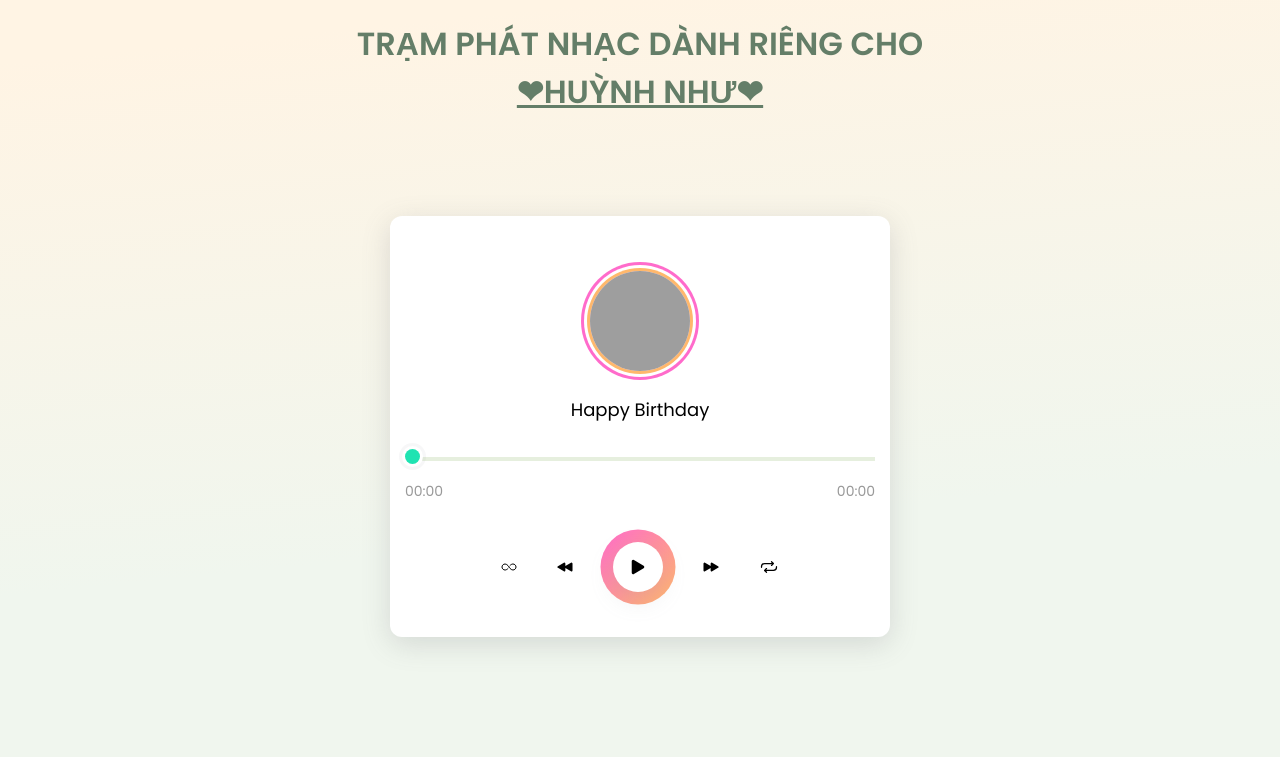
Repository: VuTuanAnh0949/Mp3
Page: index.html
These files come from the project's save history. The page is drawn as it stood at one moment and after a run of saves; the edit follows.
The browser window is 1280 px wide. The pictures show the whole page.
Pictures or frames that could not be fetched are drawn as grey boxes.

Above is the page before, as saved 2022-09-25 15:24:46.

After the next 4 saves:
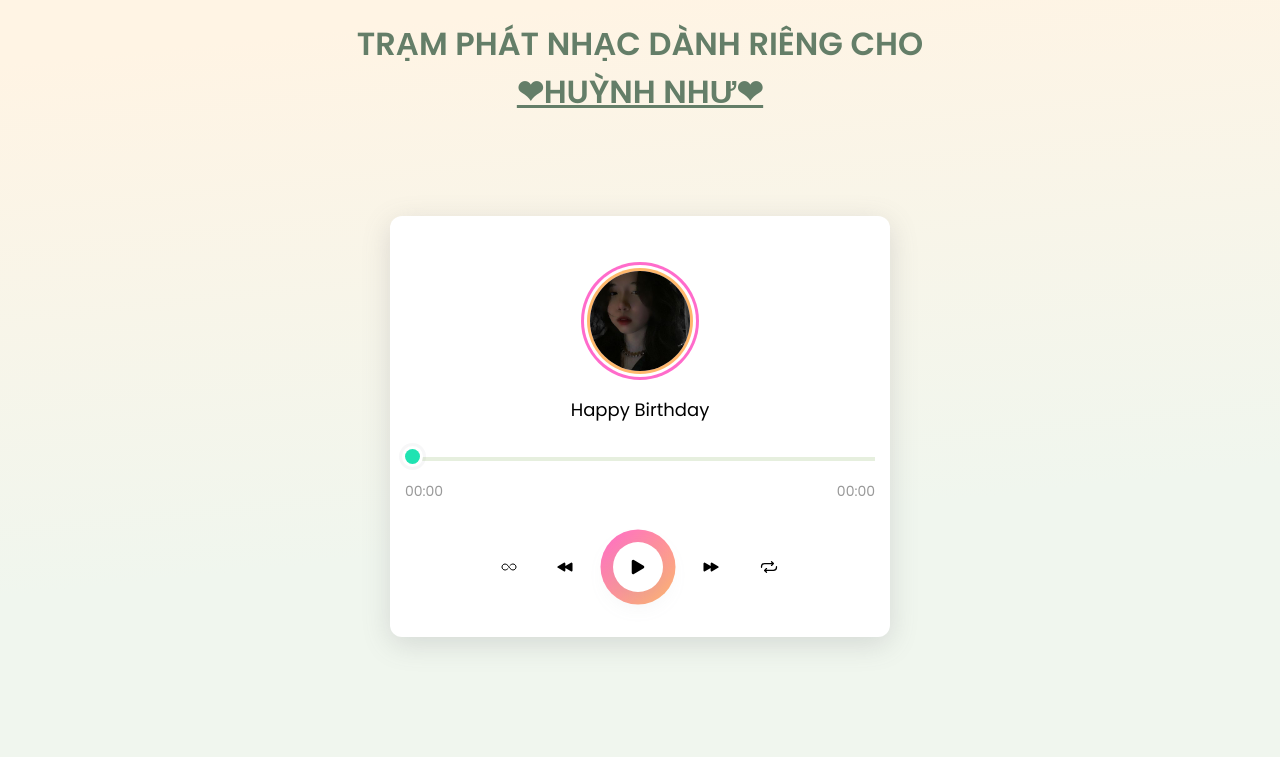
The 4 saves are shown as one change because they came seconds apart.
The last was saved 13 s later.
--- a/app.js
+++ b/app.js
@@ -19,7 +19,7 @@ const musics =[
     id: 1,
     title: "Happy Birthday",
     file: "happyBirthday.mp3",
-    image: "img/"
+    image: "img/Nhu1.jpg"
 },
       {
           id: 2,
